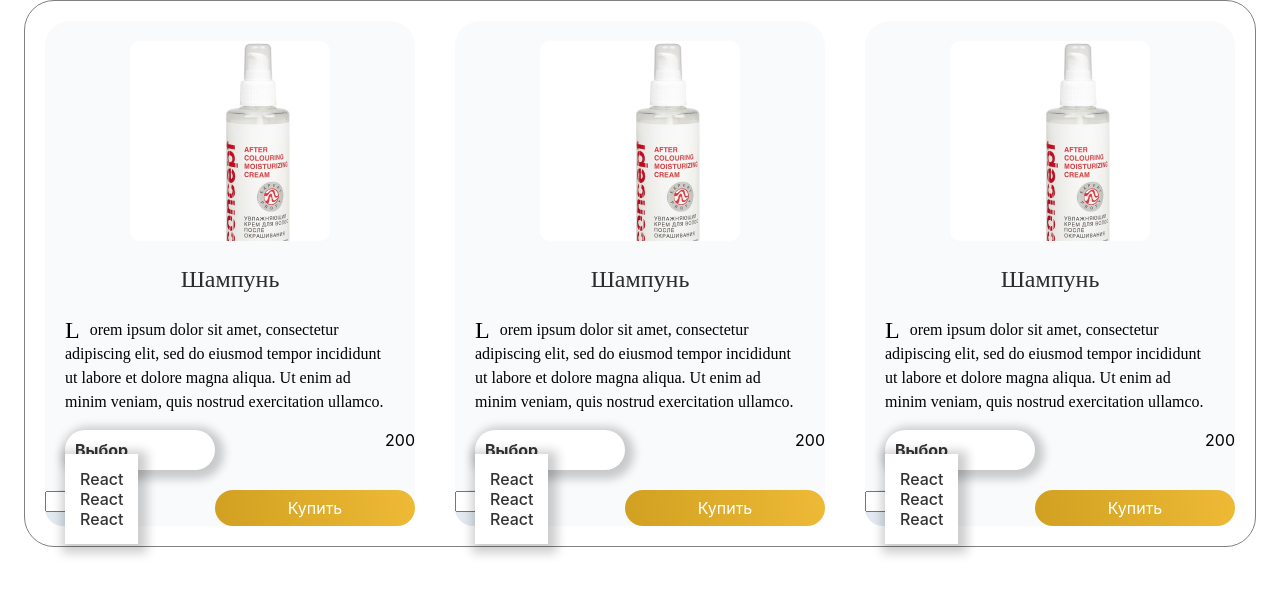
Repository: MiroslavWise/shamptu
Page: /
An editor plug-in stored every save of this project. The page is shown before and after the next save, followed by the edit.
The browser window is 1280 px wide. The pictures show the whole page.
The project was rebuilt for these pictures with package versions that can differ from the ones it lists, and the page was loaded fresh each time. Also part of the build but not shown: src/App.css.

Above is the page before, as saved 2022-02-17 14:41:06.

### public/index.html
<!DOCTYPE html>
<html lang="en">
  <head>
    <meta charset="utf-8" />
    <meta name="viewport" content="width=device-width, initial-scale=1" />
    <meta name="theme-color" content="#000000" />
    <meta
      name="description"
      content="Web site created using create-react-app"
    />
    <link rel="manifest" href="%PUBLIC_URL%/manifest.json" />

    <title>React App</title>
  </head>
  <body>
    <noscript>You need to enable JavaScript to run this app.</noscript>
    <div id="root"></div>
  </body>
</html>

### src/index.css
body {
  margin: 0;
  font-family: -apple-system, BlinkMacSystemFont, 'Segoe UI', 'Roboto', 'Oxygen',
    'Ubuntu', 'Cantarell', 'Fira Sans', 'Droid Sans', 'Helvetica Neue',
    sans-serif;
  -webkit-font-smoothing: antialiased;
  -moz-osx-font-smoothing: grayscale;
  display: flex;
  align-items: center;
  justify-content: center;
}

code {
  font-family: source-code-pro, Menlo, Monaco, Consolas, 'Courier New',
    monospace;
}

### src/App.js

import 'App.css';
import Items from 'components/Items';

function App() {
  return (
   <Items />
  );
}

export default App;

### src/components/Items.jsx
import jpg from 'picture/1.jpg'

import './style.css'
import SpamItem from './items/SpamItem'
const Items = () => {
    return (
        <div className="big__container">
            <SpamItem image={jpg}/>
            <SpamItem image={jpg}/>
            <SpamItem image={jpg}/>
        </div>
    )
}

export default Items

### src/components/style.css
.big__container {
    display: grid;
    grid-template-columns: repeat(3, 1fr);
    background: #FFFFFF;
    border-radius: 30px;
    border: 1px gray solid;
}

### src/components/items/SpamItem.jsx

import { useState } from 'react'
import './style.css'
import DropDown from './DropDown'

const style = {
    background: 'linear-gradient(261.65deg, #EFBB37 -3.95%, #CF9E1F 109.44%)',

}

const ShamItem = ({image}) => {
    const [prise, setPrise] = useState(200)

    return (
        <div className="container">
            <div className='image-line'>
                <div className='image'>
                    <img src={image}/>
                </div>
            </div>
            <p className='text'>Шампунь</p>
            <p className='text_about'>Lorem ipsum dolor sit amet, consectetur adipiscing elit, sed do eiusmod tempor incididunt ut labore et dolore magna aliqua. Ut enim ad minim veniam, quis nostrud exercitation ullamco.</p>
            <div className='block-info'>
                <div className='col-pri'>
                    <DropDown />
                    <div className='prise'>{prise}</div>
                </div>
                <div className='volume'></div>

                <div className='footer'>
                    <div className='quantity'><input type={'number'} min={1}></input></div>
                    <div className='button'><button onClick={()=>alert('Спасибо за покупку!')}>Купить</button></div>
                </div>
            </div>
        </div>

    )
}

export default ShamItem

### src/components/items/style.css
.container{
    width: 370px;
    margin: 20px;
    background: #F8FAFC;
    border-radius: 25px;
}

.image-line {
    width: 200px;
    height: 200px;
    background-color: rgba(255, 255, 255, 0.775);
    margin: 20px auto;
    border-radius: 10px;
    overflow: hidden;
}

.image {
    height: auto;
    width: auto;
    position: relative;
    transition: all .4s ease-in-out;
    object-fit: cover;
}

.image:hover {
    cursor: pointer;
    transform: scale(1.4)
}

.text{
    font-family: 'SF UI Display';
    font-size: 24px;
    font-style: normal;
    font-weight: 500;
    line-height: 29px;
    letter-spacing: 0em;
    text-align: center;
    color: #2C2C2C;
}

.text_about {
    font-family: 'SF UI Display';
    font-size: 16px;
    font-style: normal;
    font-weight: 400;
    line-height: 24px;
    letter-spacing: 0em;
    text-align: left;
    padding: 0 20px 0 20px;
}
.text_about::first-letter{
    font-size: 1.5rem;
    float: left;
    margin-right: 10px;
}

.block-info{
    display: flex;
    flex-direction: column;
}

.col-pri{
    display: flex;
}

input {
    width: 25px;

}

.quantity{
    background: #E2E9F0;
    border-radius: 30px;
    width: 90px;
}

.footer{
    display: flex;
    flex-direction: row;
    justify-content: space-between;
}

.col-pri{
    display: flex;
    flex-direction: row;
    justify-content: space-between;
}
.col-pri:first-child{
    margin-left: 20px;
}
.col-pri:last-child{
    margin-right: 50px;
}

input::-webkit-outer-spin-button,
input::-webkit-inner-spin-button {
    -webkit-appearance: none;
}

button {
    z-index: 1;
    position: relative;
    font-size: inherit;
    font-family: inherit;
    color: white;
    padding: 0.5em 1em;
    outline: none;
    border: none;
    background: linear-gradient(261.65deg, #EFBB37 -3.95%, #CF9E1F 109.44%);
    overflow: hidden;
    transition: color 0.4s ease-in-out;
    width: 200px;
    border-radius: 100px;
  }

  button::before {
    content: '';
    z-index: -1;
    position: absolute;
    top: 50%;
    left: 50%;
    width: 1em;
    height: 1em;
    border-radius: 50%;
    background-color: #ffe23c;
    transform-origin: center;
    transform: translate3d(-50%, -50%, 0) scale3d(0, 0, 0);
    transition: transform 0.45s ease-in-out;
  }

  button:hover {
    cursor: pointer;
    color: #161616;
  }

  button:hover::before {
    transform: translate3d(-50%, -50%, 0) scale3d(15, 15, 15);
  }

.dropdown{
    width: 150px;
    margin: 0 0;
    position: relative;

}

.dropdown-btn{
    padding: 10px;
    background: #fff;
    box-shadow: 3px 3px 10px 6px rgba(0, 0, 0, 0.2);
    border-radius: 50px;
    font-weight: bold;
    color: #333;
    display: flex;
    align-items: center;
    justify-content: space-between;
    margin-bottom: 20px;
}

.dropdown-content{
    position: absolute;
    top: 40%;
    padding: 15px;
    background-color: #fff;
    box-shadow: 3px 3px 10px 6px rgba(0, 0, 0, 0.2);
    font-weight: 500;
    color: #333;
}

,.dropdown-item{
    padding: 10px;

}

### src/components/items/DropDown.jsx
import './style.css'

const DropDown = () => {
    return (
        <div className="dropdown">
            <div className="dropdown-btn">Выбор</div>
            <din className='dropdown-content'>
                <div className="dropdown-item">
                    React
                </div>
                <div className="dropdown-item">
                    React
                </div>
                <div className="dropdown-item">
                    React
                </div>
            </din>
        </div>
    )
}

export default DropDown

Loaded but not shown: src/index.js (common file); src/reportWebVitals.js (common file)

After the next save:
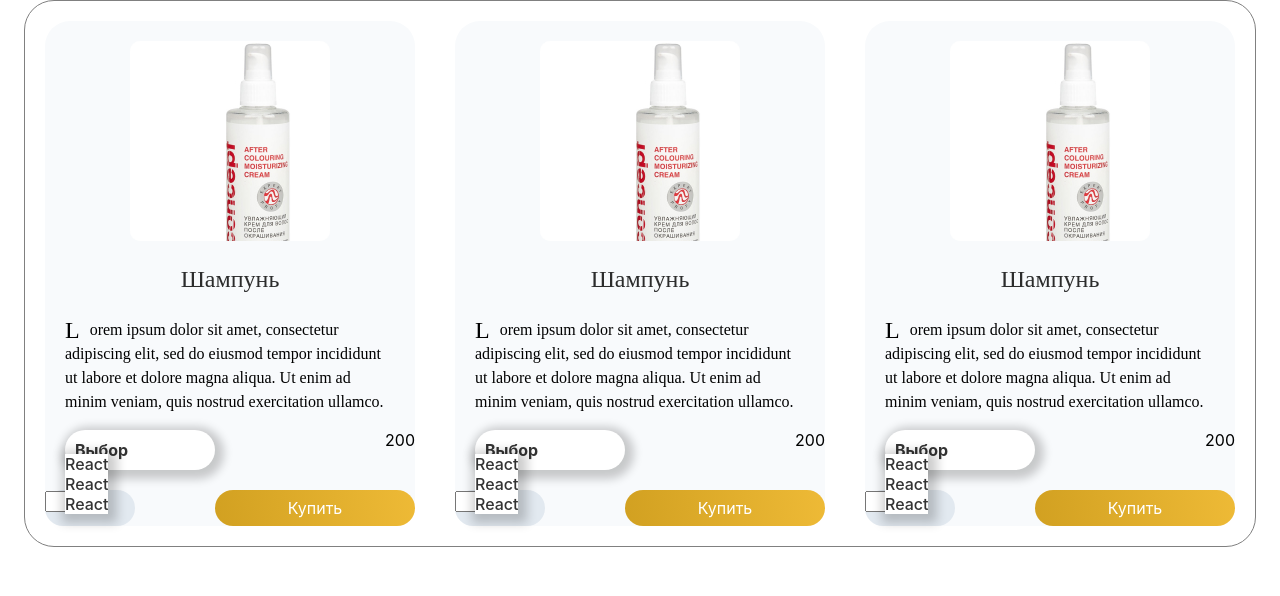
Saved 13 s later.
--- a/src/components/items/style.css
+++ b/src/components/items/style.css
@@ -160,7 +160,7 @@
 .dropdown-content{
     position: absolute;
     top: 40%;
-    padding: 15px;
+    padding: 0px;
     background-color: #fff;
     box-shadow: 3px 3px 10px 6px rgba(0, 0, 0, 0.2);
     font-weight: 500;

After the save that followed:
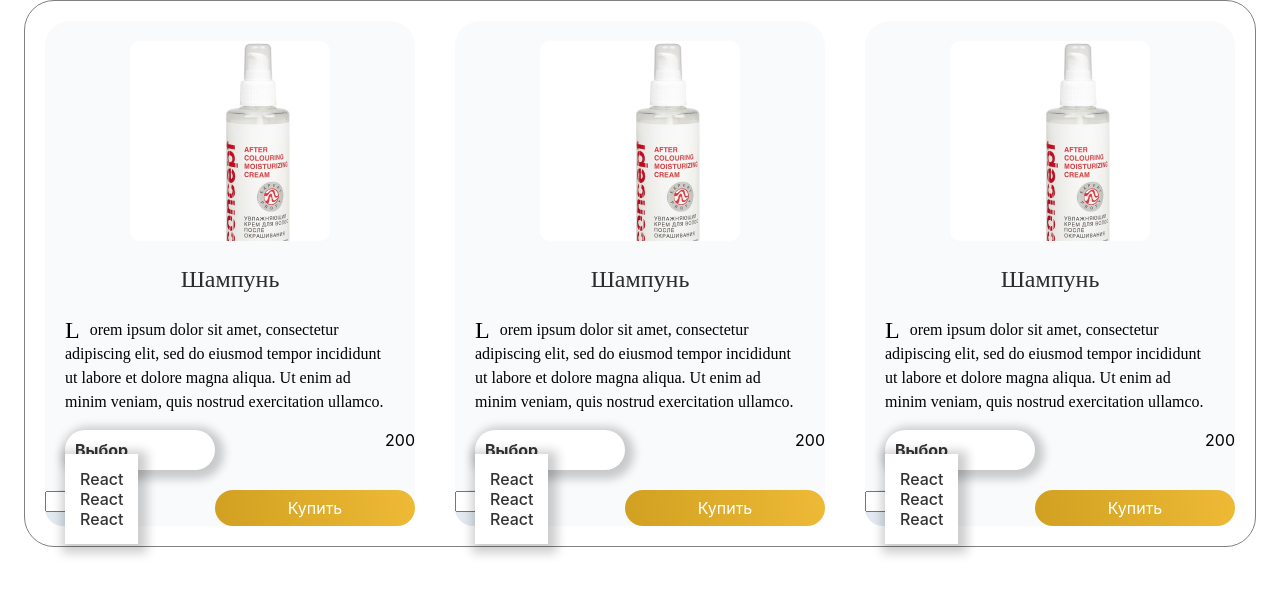
Saved 4 s later.
--- a/src/components/items/style.css
+++ b/src/components/items/style.css
@@ -160,7 +160,7 @@
 .dropdown-content{
     position: absolute;
     top: 40%;
-    padding: 0px;
+    padding: 15px;
     background-color: #fff;
     box-shadow: 3px 3px 10px 6px rgba(0, 0, 0, 0.2);
     font-weight: 500;
